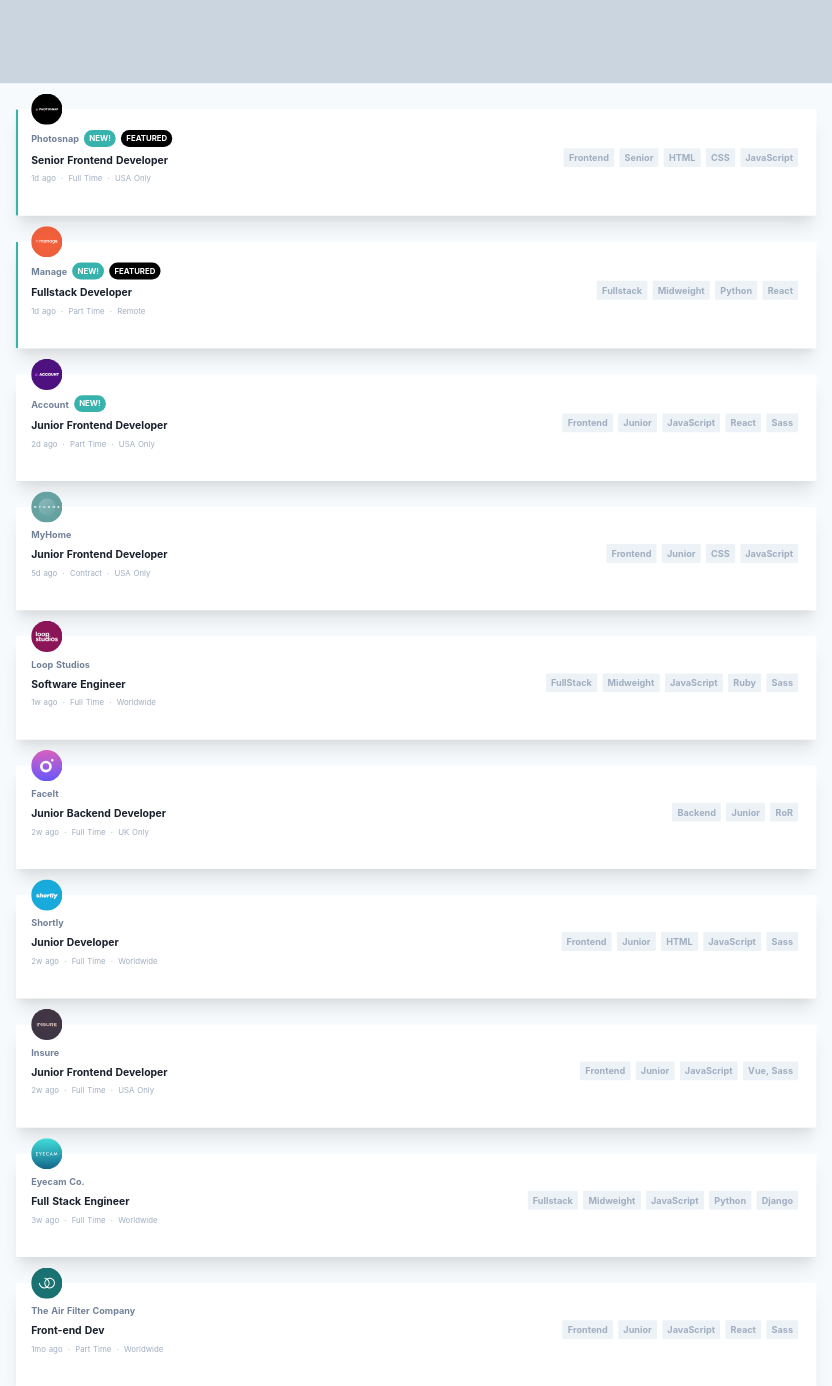
Repository: asongdon/frontendmentor-joblisting
Page: /
These files come from the project's save history. The page is drawn as it stood at one moment and after the next save; the edit follows.
The browser window is 1280 px wide. The pictures show the whole page, at 65% of full size.
The project was rebuilt for these pictures with package versions that can differ from the ones it lists, and the page was loaded fresh each time. The framework's server and built-in components were replaced by stand-ins that run in the browser. Also part of the build but not shown: nuxt.config.js.

Above is the page before, as saved 2020-04-12 22:30:06.

After the next save:
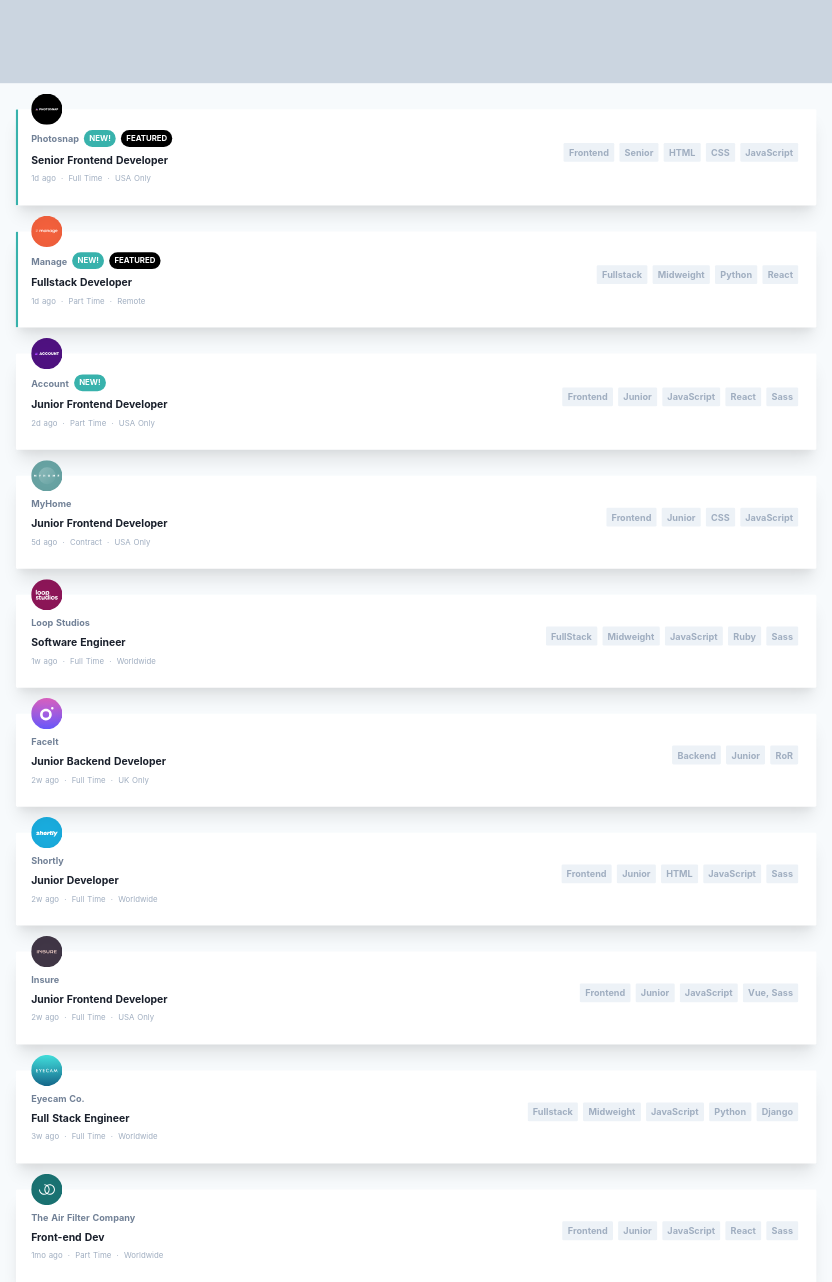
Saved 69 s later.
--- a/components/Maincard.vue
+++ b/components/Maincard.vue
@@ -32,7 +32,7 @@
       </div>
 
       <div
-        class="flex text-xs mt-2 mb-4 text-gray-500 border-b border-gray-200 pb-4 lg:border-0"
+        class="flex text-xs mt-2 mb-4 text-gray-500 border-b border-gray-200 pb-4 lg:border-0 lg:mb-0"
       >
         <div class="mr-2">{{ postedAt }}</div>
         <div class="mr-2">·</div>
